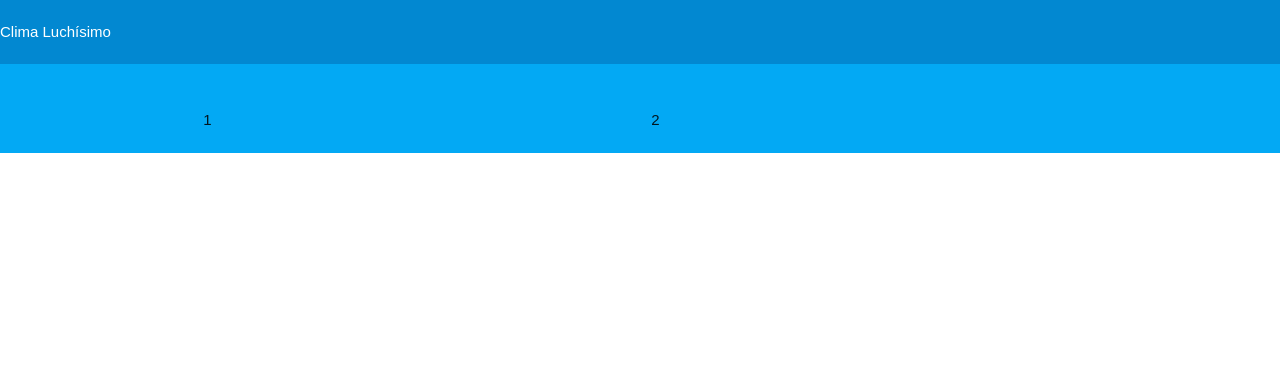
Repository: lmencos/clima
Page: /
These files come from the project's save history. The page is drawn as it stood at one moment and after the next save; the edit follows.
The browser window is 1280 px wide. The pictures show the whole page.
The project was rebuilt for these pictures with package versions that can differ from the ones it lists, and the page was loaded fresh each time.

Above is the page before, as saved 2020-09-17 18:57:24.

After the next save:
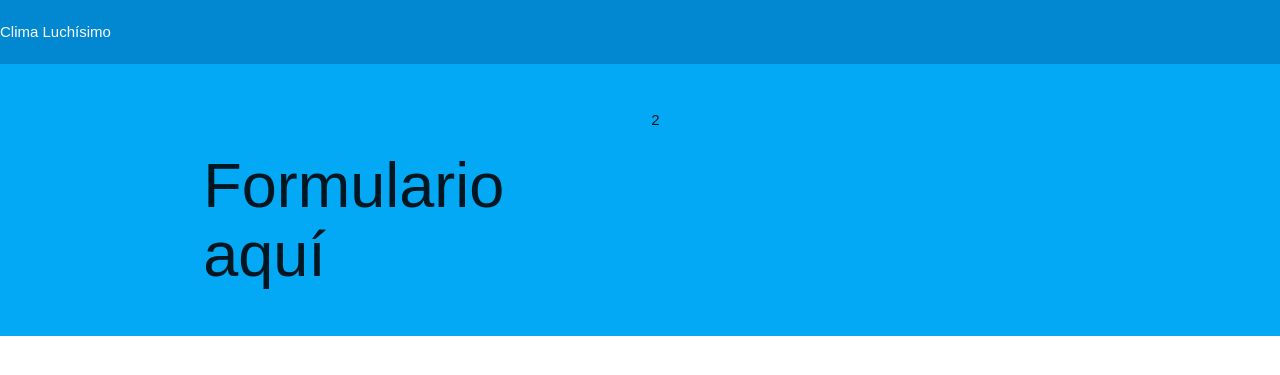
Saved 18 s later.
--- a/src/App.js
+++ b/src/App.js
@@ -12,7 +12,9 @@ function App() {
         <div className="container" >
           <div className="row" >
             <div className="col m6 s12" >
-              1
+              <Formulario
+
+              />
             </div>
             <div className="col m6 s12" >
               2

After the save that followed:
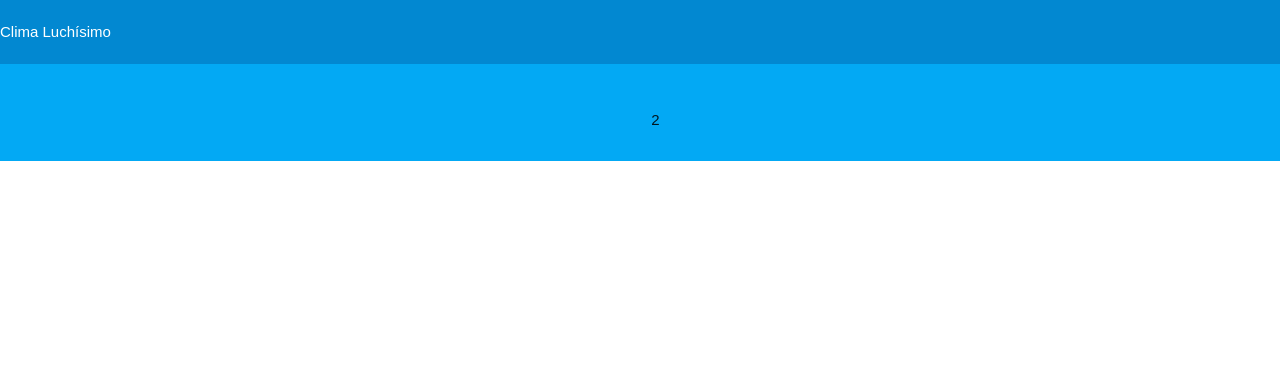
Saved 103 s later.
--- a/src/components/Formulario.js
+++ b/src/components/Formulario.js
@@ -2,7 +2,11 @@ import React from 'react';
 
 const Formulario = () => {
   return (
-    <h1>Formulario aquí</h1>
+    <form action="">
+      <div className="input-field col s12" >
+
+      </div>
+    </form>
    );
 }
 
